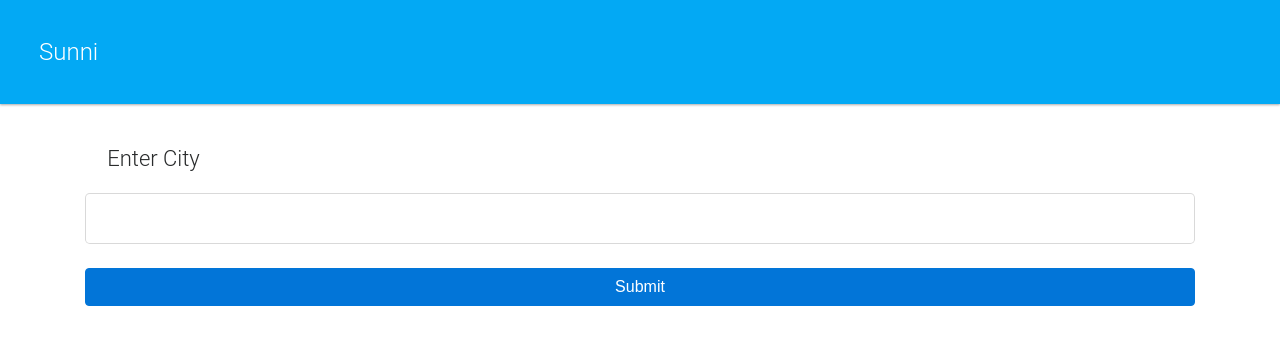
Repository: Oakga/Weather_app
Page: index.html
The author's editor kept a copy of each file at every save. The page is drawn from the files as they stood at one save, then again after the next save.
The browser window is 1280 px wide. The pictures show the whole page.

Above is the page before, as saved 2017-09-22 05:06:22.

### index.html
<!DOCTYPE html>
<html>
<head>
    <meta charset="utf-8">
    <link rel="stylesheet" href="https://maxcdn.bootstrapcdn.com/bootstrap/4.0.0-alpha.6/css/bootstrap.min.css" integrity="sha384-rwoIResjU2yc3z8GV/NPeZWAv56rSmLldC3R/AZzGRnGxQQKnKkoFVhFQhNUwEyJ" crossorigin="anonymous">
    <!-- <link href='http://fonts.googleapis.com/css?family=Roboto:400,300,700' rel='stylesheet' type='text/css'> -->
    <link href="css/styles.css" rel="stylesheet" type="text/css">
    <script src="https://unpkg.com/axios/dist/axios.min.js"></script>
</head>
<body>
    <header>
        <h1>Sunni</h1>
    </header>
    <div class="container">
        <h2>Enter City</h2>
        <form id="location-form">
            <input type="text" id="location-input" class="form-control form-control-lg "/>
            <br>
            <button type="submit" class="btn btn-primary btn-block">Submit</button>
          </form>
        <div id="formatted-address"></div>
        <div id="geometry-component"></div>
    </div>
    <div id="weather-component"></div>

    <script src="js/main.js"></script>
</body>
</html>

### css/styles.css
body {
    font-family: 'Roboto', 'Sans Serif';
    font-size: 16px;
    padding: 0;
    margin: 0;
}

header {
    background-color: #03A9F4;
    padding: 14px;
    box-shadow: 0 1px 3px rgba(0,0,0,0.12), 0 1px 2px rgba(0,0,0,0.24);
}

h1, h2, h3 {
    font-weight: 300;
    padding: 2%;
}

header > h1 {
    font-weight: 300;
    font-size: 24px;
    margin: 0;
    color: #FFFFFF;
}

h2 {
    font-size: 22px;
    margin: 20px 0 0 0;
}

.table {
    border-radius: 5px;
    width: 50%;
    margin: 0px auto;
    float: none;
}

### js/main.js

let geoCode = (location) => {
    axios.get('https://maps.googleapis.com/maps/api/geocode/json',{
    params:{
        address: location,
        key: 'AIzaSyAkYBjwd7ygcP8GpAz47QsP3s3vaweLAE0'
    }
}).then(function(response){
    const formattedAddr = response.data.results[0].formatted_address;
    const formattedAddrOutput = `
            <ul class="list-group">
            <li class="list-group-item">
            ${formattedAddr}
            </li>
            </ul>
            `;
    let addressComponents = response.data.results[0].address_components;
    let lat = Math.round(response.data.results[0].geometry.location.lat*10000)/10000;
    let lng = Math.round(response.data.results[0].geometry.location.lng*10000)/10000;
    let geometryOutput = `
            <ul class="list-group">
            <li class="list-group-item">
            <strong>
            Latitude
            </strong>: ${lat}
            </li>
            <li class="list-group-item">
            <strong>
            Longitude
            </strong>: ${lng}
            </li>
            </ul>
            `;
    document.getElementById('formatted-address').innerHTML = formattedAddrOutput;
    document.getElementById('geometry-component').innerHTML = geometryOutput;

    darkSky(lat,lng);

})
.catch(function(error){
    const formattedAddrOutput = `
    <div class="alert alert-danger" role="alert">
    <strong>Unknown Location!</strong> Change a few things up and try submitting again.
    </div>
    `;
    document.getElementById('formatted-address').innerHTML = formattedAddrOutput;
})
};

let darkSky = (lat, lng, date = Date.now()) => {
    let apiCall = 'https://cors-anywhere.herokuapp.com/https://api.darksky.net/forecast/c84a2f187efcca194054935abae32b10/'+lat+','+lng;
    axios.get(apiCall,{
        params: {
            exclude: '[hourly,flags]',
            time: date
        }
    }).then(function(response){
        let weeklyReport = [];
        const months = ['Jan','Feb','Mar','Apr','May','Jun','Jul','Aug','Sep','Oct','Nov','Dec'];
        const days = ['Sun','Mon','Tue','Wed','Thur','Fri','Sat'];
        let year, month, day;
        const currentDate =  response.data.currently;
        const dailyDate = response.data.daily.data;
        for(let i=0;i<dailyDate.length;i++){
            var date = new Date(dailyDate[i].time*1000);
            year = date.getFullYear();
            month = months[date.getMonth()];
            day = days[date.getDay()];
            numDate = date.getDate();
            formattedTime = numDate + ' ' + month + ' ' + year;
            const dayReport = weeklyReport[i] = {
                Time: formattedTime,
                Humidity: dailyDate[i].humidity,
                Precipitation: dailyDate[i].precipProbability,
                Intensity: dailyDate[i].precipIntensity,
                Wind: dailyDate[i].windSpeed,
                MaxTemperature: dailyDate[i].temperatureMax,
                MinTemperature: dailyDate[i].temperatureMin,
            };
        };
        console.log(weeklyReport);
        let columnNames = ``;
        for ( property in weeklyReport[0] ) {
            columnNames += `
            <th>
            ${property}
            </th>
            `;
        };

        let itemRows = ``;
        let reportForTheDay;
        for(var i=0;i<weeklyReport.length;i++){
            reportForTheDay=weeklyReport[i];
            itemRows += `<tr>
            <th scope="row">${reportForTheDay.Time}</th>
            <td>${reportForTheDay.Humidity}</td>
            <td>${reportForTheDay.Precipitation}</td>
            <td>${reportForTheDay.Intensity}</td>
            <td>${reportForTheDay.Wind}</td>
            <td>${reportForTheDay.MaxTemperature}</td>
            <td>${reportForTheDay.MinTemperature}</td>
            </tr>`
        };

        let tableOutput = `
            <h2>Future ForeCasts</h2>
            <table class="table">
            <thead class="thead-inverse" id="table-index">
            ${columnNames}
            </thead>
            <tbody>
            ${itemRows}
            </tbody>
            </table>
        `;
        document.getElementById('weather-component').innerHTML = tableOutput;

    })
    .catch(function(error){
        console.log(error);
        const alert = `
        <div class="alert alert-danger" role="alert">
        <strong>Cannot find Weather information!</strong> Change a few things up and try submitting again.
        </div>
        `;
        document.getElementById('weather-component').insertAdjacentHTML("afterbegin",alert);
    })
    ;
}


document.getElementById('location-form').addEventListener('submit', function (e){
    e.preventDefault();
    let location = document.getElementById('location-input').value;
    geoCode(location);

});

After the next save:
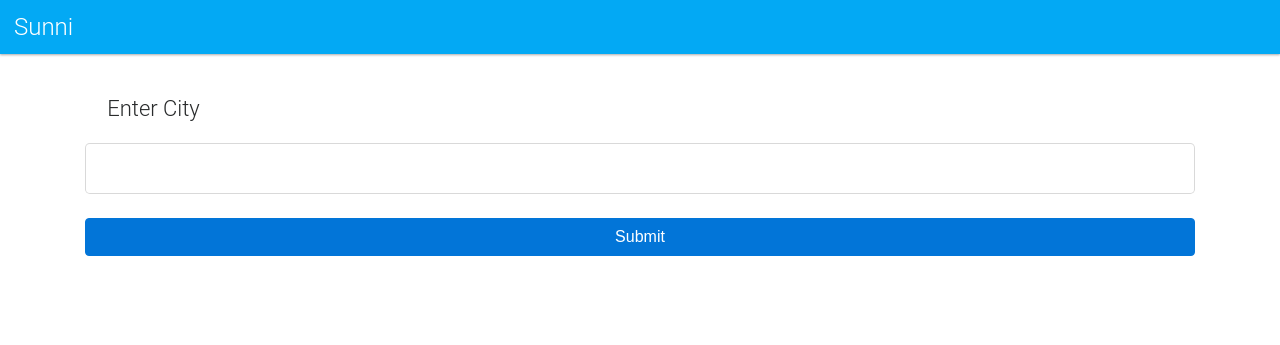
Saved 12 s later.
--- a/css/styles.css
+++ b/css/styles.css
@@ -13,7 +13,6 @@ header {
 
 h1, h2, h3 {
     font-weight: 300;
-    padding: 2%;
 }
 
 header > h1 {
@@ -26,6 +25,7 @@ header > h1 {
 h2 {
     font-size: 22px;
     margin: 20px 0 0 0;
+    padding: 2%;
 }
 
 .table {
